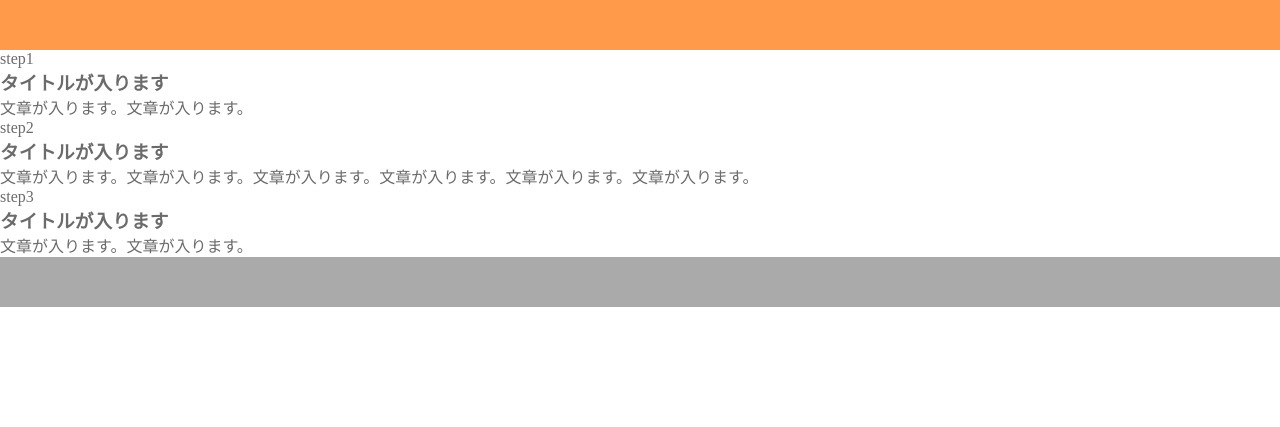
Repository: Yuki-Kawagoe/chapter4
Page: chapter9/index.html
The author's editor kept a record of every edit. The page is drawn from the files as they stood at one moment, then again after the next edit.
The browser window is 1280 px wide. The pictures show the whole page.

Above is the page before.

After the next edit:
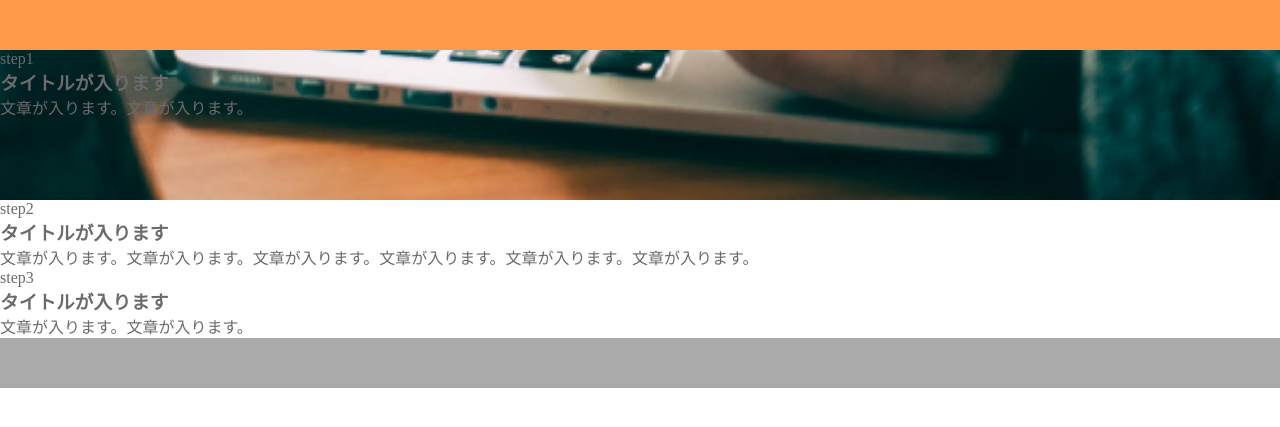
The edit:
--- a/chapter9/index.html
+++ b/chapter9/index.html
@@ -12,7 +12,7 @@
 
    <main>
     <div class="step-box1">
-      <div class="step-img">
+      <div class="step-img1">
        <span class="step-num">step1</span>
         <h3 class="box-title">タイトルが入ります</h3>
           <p class="box-text">文章が入ります。文章が入ります。</p>
